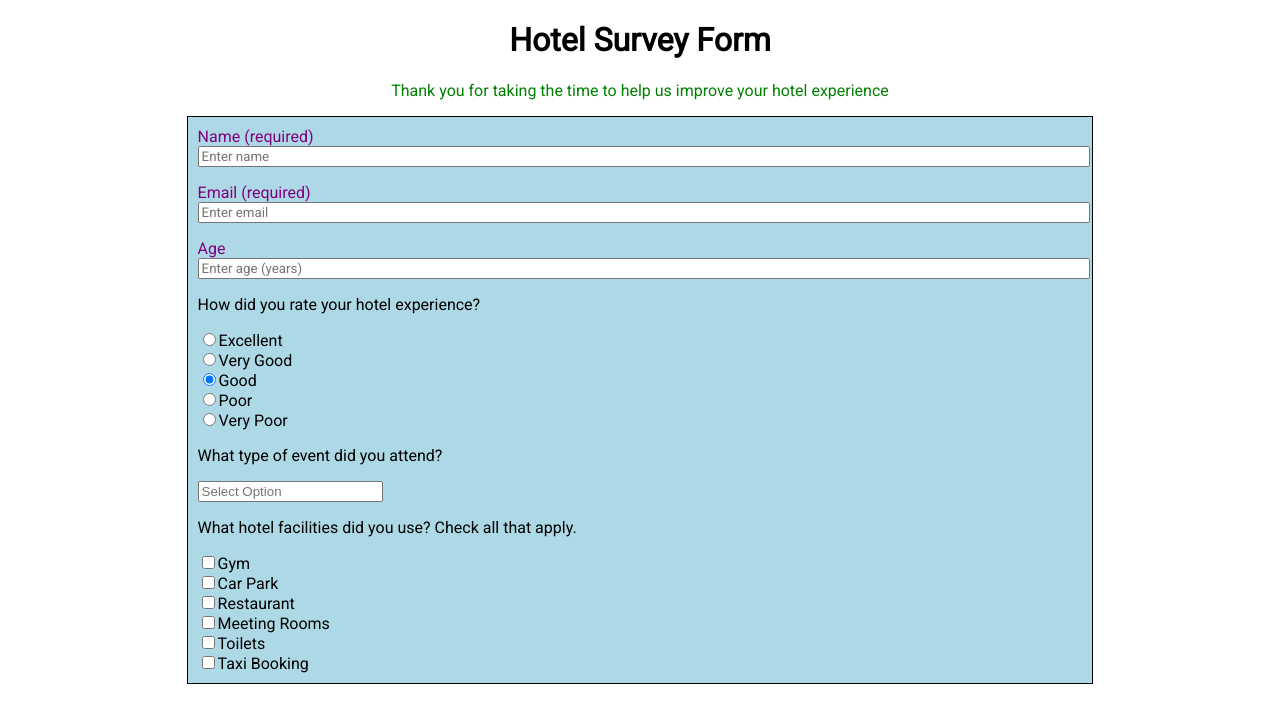
Repository: derektypist/survey-form
Page: index.html
The author's editor kept a record of every edit. The page is drawn from the files as they stood at one moment, then again after the next edit.
The browser window is 1280 px wide. The pictures show the whole page.

Above is the page before.

### index.html
<!DOCTYPE html>
<html lang="en">
<head>
    <meta charset="UTF-8">
    <meta name="viewport" content="width=device-width, initial-scale=1.0">
    <meta http-equiv="X-UA-Compatible" content="ie=edge">
    <title>Hotel Survey Form</title>
    <!-- Load Style Sheets -->
    <link href="https://fonts.googleapis.com/css?family=Roboto&display=swap" rel="stylesheet">
    <style>
        /* Title */
        #title {
            font-family: "Roboto", Arial, Verdana, sans-serif;
            text-align: center;
        }

        /* Description */
        #description {
            font-family: "Roboto", Arial, Verdana, sans-serif;
            text-align: center;
            color: green;
        }

        /* Survey Form */
        #survey-form {
            display: block;
            margin: auto;
            max-width: 70%;
            background-color: lightblue;
            font-family: "Roboto", Arial, Verdana, sans-serif;
            text-align: left;
            padding: 10px;
            border: 1px solid black;
        }

        #name-label {
            color: purple;
        }

        #email-label {
            color: purple;
        }

        #number-label {
            color: purple;
        }

        #name {
            width: 100%;
        }

        #name[placeholder] {
            font-family: "Roboto", Arial, Verdana, sans-serif;
        }

        #email {
            width: 100%;
        }

        #email[placeholder] {
            font-family: "Roboto", Arial, Verdana, sans-serif;
        }

        #number {
            width: 100%;
        }

        #number[placeholder] {
            font-family: "Roboto", Arial, Verdana, sans-serif;
        }



    </style>
</head>
<body>
    <!-- Provide Title and Description -->
    <header>
        <h1 id="title">Hotel Survey Form</h1>
        <p id="description">Thank you for taking the time to help us improve your hotel experience</p>
    </header>

    <!-- Provide Survey Form -->
    <main>
        <section>
            <form id="survey-form">
                <!-- Set up Name Field -->
                <label for="name" id="name-label">Name (required)</label>
                <br>
                <input type="text" id="name" placeholder="Enter name" name="name" required />
                <p></p>

                <!-- Set up Email Field -->
                <label for="email" id="email-label">Email (required)</label>
                <br>
                <input type="email" id="email" placeholder="Enter email" name="email" required />
                <p></p>

                <!-- Set up Age (Number) Field -->
                <label for="number" id="number-label">Age</label>
                <br>
                <input type="number" id="number" placeholder="Enter age (years)" name="number" min="0" max="100">
                <br>

                <!-- Set up Radio Buttons with Default set to Good -->
                <p>How did you rate your hotel experience?</p>
                <input type="radio" name="experience" value="excellent">Excellent
                <br>
                <input type="radio" name="experience" value="verygood">Very Good
                <br>
                <input type="radio" name="experience" value="good" checked>Good
                <br>
                <input type="radio" name="experience" value="poor">Poor
                <br>
                <input type="radio" name="experience" value="verypoor">Very Poor
                <br>

                <!-- Set up Dropdown List (Datalist) -->
                <p>What type of event did you attend?</p>
                <input list="dropdown" name="eventtypes" placeholder="Select Option">
                <datalist id="dropdown">
                    <option value="Balls"></option>
                    <option value="City Breaks"></option>
                    <option value="Conferences"></option>
                    <option value="Exhibitions"></option>
                    <option value="Fairs"></option>
                    <option value="Parties (e.g. Birthday)"></option>
                    <option value="Sun Breaks"></option>
                    <option value="Weddings"></option>
                    <option value="Workshops"></option>
                </datalist>

                <!-- Set up Check Boxes -->
                <p>What hotel facilities did you use?  Check all that apply.</p>
                <input type="checkbox" name="facility1" value="Gym">Gym
                <br>
                <input type="checkbox" name="facility2" value="Car Park">Car Park
                <br>
                <input type="checkbox" name="facility3" value="Restaurant">Restaurant
                <br>
                <input type="checkbox" name="facility4" value="Meeting Rooms">Meeting Rooms
                <br>
                <input type="checkbox" name="facility5" value="Toilets">Toilets
                <br>
                <input type="checkbox" name="facility6" value="Taxi Booking">Taxi Booking
                <br>

            </form>
        </section>
    </main>
</body>
</html>

After the next edit:
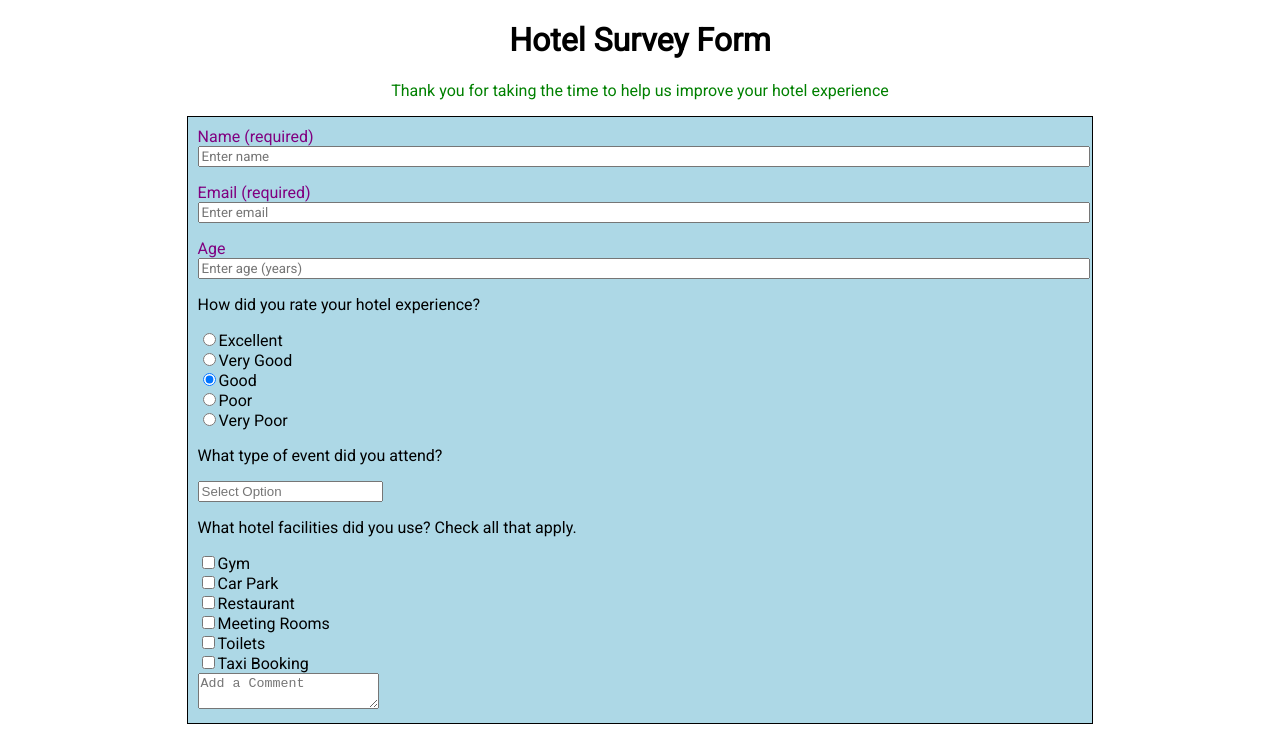
The edit:
--- a/index.html
+++ b/index.html
@@ -145,6 +145,8 @@
                 <input type="checkbox" name="facility6" value="Taxi Booking">Taxi Booking
                 <br>
 
+                <!-- Provide textarea -->
+                <textarea placeholder="Add a Comment"></textarea>
             </form>
         </section>
     </main>
